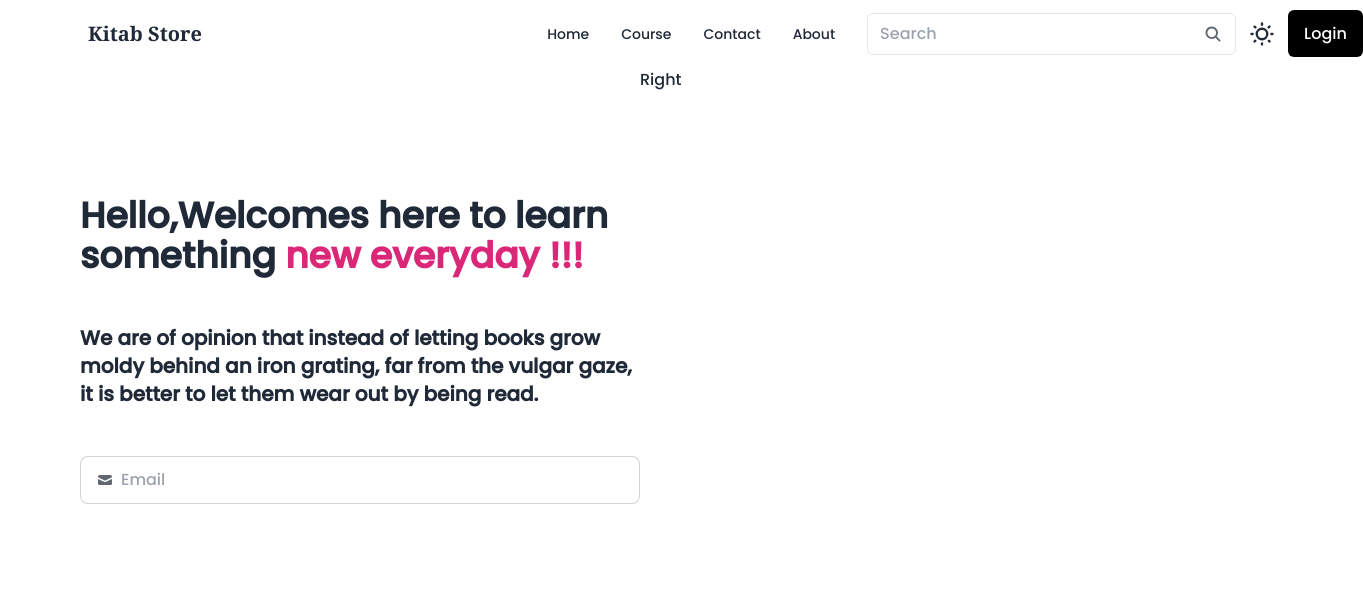
Repository: diensy/Kitab.com
Page: / (app in Frontend/)
An editor plug-in stored every save of this project. The page is shown before and after the next save, followed by the edit.
The browser window is 1280 px wide. The page is 1363 px wide, so the pictures cover 1363 px, including what lies to the right of the window. The pictures show the whole page.
The project was rebuilt for these pictures with package versions that can differ from the ones it lists, and the page was loaded fresh each time. Also part of the build but not shown: Frontend/vite.config.js.

Above is the page before, as saved 2024-07-28 23:32:40.

After the next save:
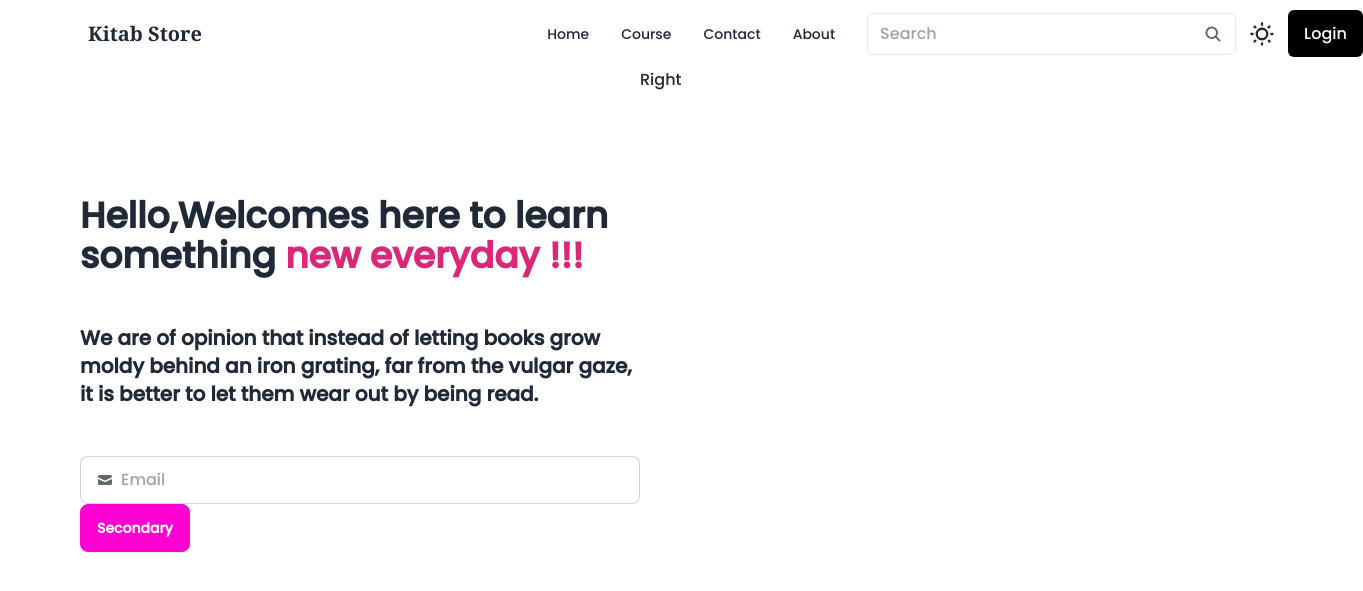
Saved 2 min 29 s later.
--- a/Frontend/src/Components/Banner.jsx
+++ b/Frontend/src/Components/Banner.jsx
@@ -28,6 +28,7 @@ const Banner = () => {
             </svg>
             <input type="text" className="grow" placeholder="Email" />
           </label>
+          <button className="btn btn-secondary">Secondary</button>
         </div>
         <div className="w-full md:w-1/2">Right</div>
       </div>
